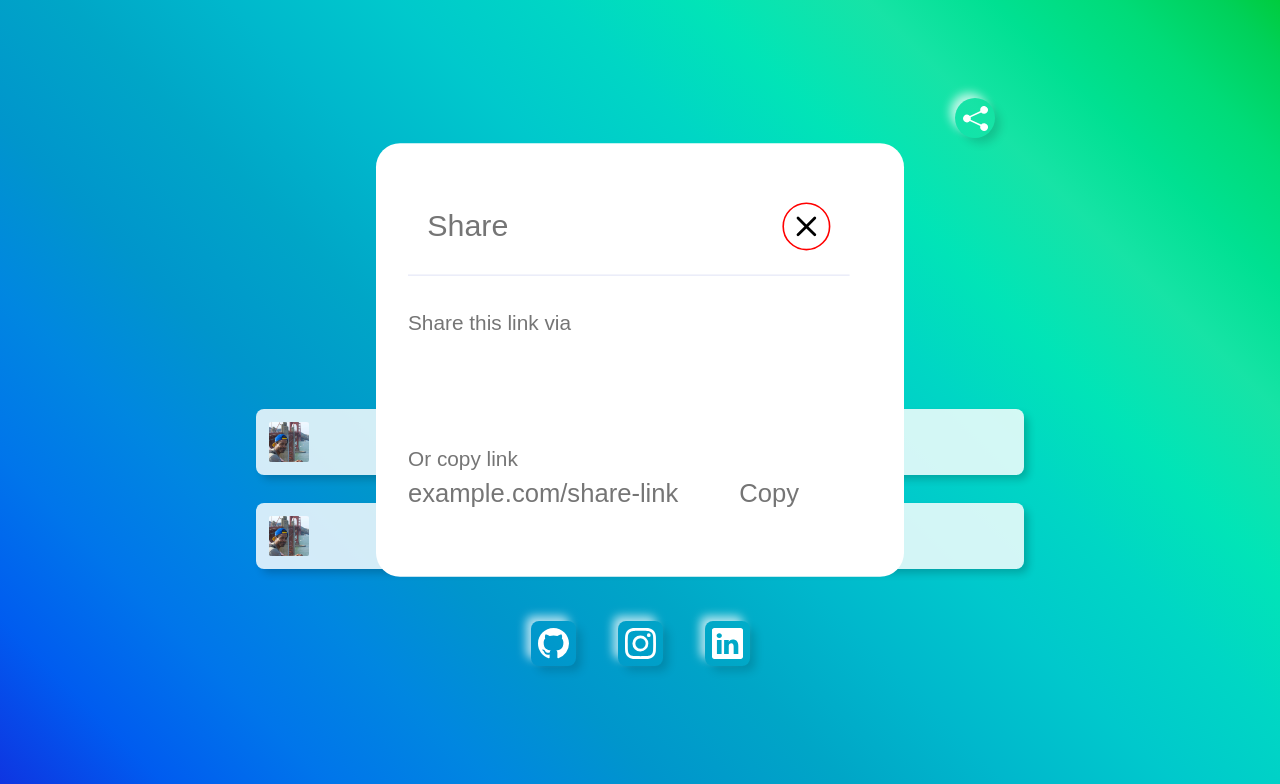
Repository: MateLaDBrouille97/linktree
Page: /
The author's editor kept a copy of each file at every save. The page is drawn from the files as they stood at one save, then again after the next save.
The browser window is 1280 px wide. The pictures show the whole page.
The project was rebuilt for these pictures with package versions that can differ from the ones it lists, and the page was loaded fresh each time. The framework's server and built-in components were replaced by stand-ins that run in the browser. Also part of the build but not shown: next.config.js, styles/Home.module.css, styles/scrollup.css.

Above is the page before, as saved 2023-01-23 23:56:22.

### app/layout.tsx
"use client";

import '@/styles/globals.css'
import '../styles/Home.module.css';
import '../styles/scrollup.css';
import '../styles/home.css';
import '../styles/socials.css';
import '../styles/share.css';
import ScrollDow from '../components/ScrollDow';
import ScrollUp from '../components/scrollup/ScrollUp'

export default function RootLayout({
    children,
  }: {
    children: React.ReactNode;
  }) {
    return (
      <html lang="en">
        <body>{children}</body>
        {/* <ScrollDow/> */}
        {/* <ScrollUp/> */}
      </html>
    );
  }

### app/page.tsx
"use client";

import Image from "next/image";
import data from "data.json";
import image from "../public/ManuelTL2.jpg";
import image1 from "../public/ManuelTL2.jpg";
import { useEffect, useState } from "react";
import Socials from "../components/Socials";
import Share from "@/components/Share";

function LinkCard({
  href,
  title,
  image,
}: {
  href: string;
  title: string;
  image?: string;
}) {
  return (
    <a
      href={href}
      className="flex items-center p-3 w-full rounded-lg hover:scale-105 transition-all bg-gray-100 mb-3 -mt-2 max-w-3xl home__linkcard-box"
    >
      <div className="flex text-center w-full home__linkcard-card">
        <div className="w-10 h-10 home__linkcard-img">
          {image1 && (
            <Image
              className="rounded-sm"
              alt={data.name}
              src={image1}
              width={40}
              height={40}
            />
          )}
        </div>
        <h2 className="flex justify-center items-center font-semibold w-full text-gray-700 -ml-10 home__linkcard-title">
          {title}
        </h2>
      </div>
    </a>
  );
}

export default function Home() {
  /*==================== Toggle Menu ====================== */
  const [toggle, showMenu] = useState(false);
  const [activeNav, setActiveNav] = useState("#home");

  /* +++++++++++++++++++++++++++++++++++++++++++++++++ */
  // const { dbUser, image } = useUserContext();

  // const breakpoints = (width) => {
  //   if (width < 640) {
  //     return "xs";
  //   } else if (width >= 640 && width < 768) {
  //     return "sm";
  //   } else if (width >= 768 && width < 1024) {
  //     return "md";
  //   } else if (width >= 1024) {
  //     return "lg";
  //   }
  // };

  // const [breakpoint, setBreakpoint] = useState(() =>
  //   breakpoints(typeof window !== "undefined" && window.innerWidth)
  // );

  useEffect(() => {
    if (toggle) {
      // const calcInnerWidth = function () {
      //   setBreakpoint(breakpoints(window.innerWidth));
      // };
      // window.addEventListener("resize", calcInnerWidth);
      window.addEventListener("scroll", function () {
        const header = this.document.querySelector(".header");
        //scroll higher than 200 viewport height
        //add scroll header class to a tag with the scroll-top
        if (this.scrollY >= 80) header?.classList.add("scroll-header");
        else header?.classList.remove("scroll-header");
      });
    }
  }, []);

  useEffect(() => {
    showMenu(true);
  }, []);

  return (
    <div className="flex items-center flex-col mx-auto w-full justify-center mt-16 px-8 ">
      <Share/>
      <a
        href="#home"
        onClick={() => setActiveNav("#home")}
        // className={
        //   activeNav === "#home" ? "nav__logo active-link" : "nav__logo"
        // }
      >
        <Image
          className="rounded-full"
          alt={data.name}
          src={image}
          width={96}
          height={96}
        />
      </a>

      <h1 className="font-semibold mt-4 mb-8 text-xl" style={{color:"white"}}>{data.name}</h1>
      <h3 className="home__description" style={{color:"white"}}>{data.small_description}</h3>

      <div className="grid place-items-center w-full mt-2">
        {data.links.map((link) => (
          <LinkCard key={link.href} {...link} />
        ))}
      </div>

      <div className="gap-3 items-center flex mt-10">
        {data?.socials?.map((social) => {
         return(

          <Socials title={social?.title} key={social?.href} />
          )
        })}
      </div>
    </div>
  );
}

### styles/globals.css
@tailwind base;
@tailwind components;
@tailwind utilities;

body{
  height:100vh;
  background-image: linear-gradient(
  45deg,
  hsl(229deg 88% 47%) 0%,
  hsl(217deg 100% 47%) 8%,
  hsl(210deg 100% 46%) 16%,
  hsl(204deg 100% 44%) 24%,
  hsl(196deg 100% 40%) 32%,
  hsl(190deg 100% 39%) 41%,
  hsl(186deg 100% 40%) 49%,
  hsl(181deg 100% 40%) 57%,
  hsl(175deg 100% 42%) 65%,
  hsl(168deg 99% 45%) 72%,
  hsl(162deg 82% 49%) 80%,
  hsl(159deg 100% 44%) 86%,
  hsl(153deg 100% 43%) 92%,
  hsl(146deg 100% 41%) 97%,
  hsl(138deg 100% 40%) 100%
);
}

@import  url('https://api.iconify.design/material-symbols/arrow-upward.svg');

/*=============== GOOGLE FONTS ===============*/
@import url("https://fonts.googleapis.com/css2?family=Poppins:wght@400;500;600&display=swap");

/*=================== NEXT.JS ================*/

html,
body {
  padding: 0;
  margin: 0;
  font-family: -apple-system, BlinkMacSystemFont, Segoe UI, Roboto, Oxygen,
    Ubuntu, Cantarell, Fira Sans, Droid Sans, Helvetica Neue, sans-serif;
}

h1 {
  font-size: 1.75rem;
}




/*=============== VARIABLES CSS ===============*/
:root {
  --header-height: 3rem;

  /*========== Colors ==========*/
  /*Color mode HSL(hue, saturation, lightness)*/
  --hue: 0;
  --sat: 0%;
  --title-color: hsl(var(--hue), var(--sat), 20%);
  --title-color-dark: hsl(var(--hue), var(--sat), 0%);
  --text-color: hsl(var(--hue), var(--sat), 46%);
  --body-color: hsl(var(--hue), var(--sat), 98%);
  --container-color: #fff;

  /*========== Font and typography ==========*/
  --body-font: "Poppins", sans-serif;

  /*.5rem = 8px | 1rem = 16px ...*/
  --big-font-size: 3.5rem;
  --h1-font-size: 2.75rem;
  --h2-font-size: 1.5rem;
  --h3-font-size: 1.25rem;
  --normal-font-size: 1rem;
  --small-font-size: 0.875rem;
  --smaller-font-size: 0.813rem;
  --tiny-font-size: 0.625rem;

  /*========== Font weight ==========*/
  --font-normal: 400;
  --font-medium: 500;
  --font-semi-bold: 600;

  /*========== Margenes Bottom ==========*/
  /*.5rem = 8px | 1rem = 16px ...*/
  --mb-0-25: 0.25rem;
  --mb-0-5: 0.5rem;
  --mb-0-75: 0.75rem;
  --mb-1: 1rem;
  --mb-1-5: 1.5rem;
  --mb-2: 2rem;
  --mb-2-5: 2.5rem;
  --mb-3: 3rem;

  /*========== z index ==========*/
  --z-tooltip: 10;
  --z-fixed: 100;
  --z-modal: 1000;
}

/* Responsive typography */
@media screen and (max-width: 992px) {
  :root {
    --big-font-size: 2.75rem;
    --h1-font-size: 1.5rem;
    --h2-font-size: 1.25rem;
    --h3-font-size: 1rem;
    --normal-font-size: 0.938rem;
    --small-font-size: 0.813rem;
    --smaller-font-size: 0.75rem;
  }
}

/*=============== BASE ===============*/
* {
  margin: 0;
  padding: 0;
  box-sizing: border-box;
}

html {
  scroll-behavior: smooth;
}

body,
button,
input,
textarea {
  font-family: var(--body-font);
  font-size: var(--normal-font-size);
}

body {
  background-color: var(--body-color);
  color: var(--text-color);
}

h1,
h2,
h3 {
  color: var(--title-color);
  font-weight: var(--font-semi-bold);
}

ul {
  list-style: none;
}

a {
  text-decoration: none;
}

button {
  cursor: pointer;
  border: none;
  outline: none;
}

img {
  max-width: 100%;
  height: auto;
}

/*=============== REUSABLE CSS CLASSES ===============*/
.section {
  padding: 6rem 0 2rem;
}

.section__title {
  font-size: var(--h1-font-size);
  color: var(--title-color);
}

.section__subtitle {
  display: block;
  font-size: var(--normal-font-size);
  margin-bottom: 4rem;
}

.section__title,
.section__subtitle {
  text-align: center;
}

/*=============== LAYOUT ===============*/
.container {
  max-width: 968px;
  margin-left: auto;
  margin-right: auto;
}

.grid {
  display: grid;
  gap: 1.5rem;
}

/*=============== BUTTONS ===============*/
.button {
  display: inline-block;
  background-color:rgb(100, 189, 140);
  color: var(--container-color);
  padding: 1.25rem 2rem;
  border-radius: 1rem;
  font-weight: var(--font-medium);
}

.button:hover {
  background-color: rgb(81, 209, 138);
  color: var(--container-color);
}

.button__icon {
  margin-left: var(--mb-0-5);
}

.button--flex {
  display: inline-flex;
  align-items: center;

}




/*=============== BREAKPOINTS ===============*/
/* For large devices */
@media screen and (max-width: 992px) {
  .container {
    margin-left: var(--mb-1-5);
    margin-right: var(--mb-1-5);
  }

  .button {
    padding: 1rem 1.75rem;
  }

  .button__icon {
    width: 22px;
    height: 22px;
  }
}

/* For medium devices */
@media screen and (max-width: 768px) {
  body {
    margin: 0 0 var(--header-height) 0;
  }

  .section {
    padding: 2rem 0 4rem;
  }

  .section__subtitle {
    margin-bottom: var(--mb-3);
  }
}

@media screen and (max-width: 576px) {

}

/* For small devices */
@media screen and (max-width: 350px) {
  :root {
    --big-font-size: 2.25rem;
  }

  .container {
    margin-left: var(--mb-1);
    margin-right: var(--mb-1);
  }
}

### styles/home.css
.home__container{
    row-gap: 7rem;
}

.home__content{
    grid-template-columns: 116px repeat(2, 1fr);
    padding-top: 5.5rem;
    column-gap: 2rem;
    align-items: center;
}

.home__social{
    display:grid;
    grid-template-columns: max-content;
    row-gap: 1rem;
}

.home__social-icon{
    font-size:1.25rem;
    color: var(--title-color);
}

.home__social-icon:hover{
    color:rgb(165, 30, 75);
}



.home__social-icon:hover{
    color: var(--title-color-dark);
}

.home__title{
    font-size:var(--h1-font-size);
    margin-bottom:var(--mb-0-25);
}

.home__hand{
    width: 38px;
    height: 38px;
    margin-left: 0.4rem;
}

.home__subtitle{
    position: relative;
    font-size:var(--h3-font-size);
    padding-left: 5.4rem;
    font-weight: var(--font-normal);
    margin-bottom: var(--mb-1);
}

.home__subtitle::before{
    content:'';
    position:absolute;
    width: 70px;
    height:1px;
    background-color:var(--text-color);
    left:0;
    top:1rem;
}

.home__description{
    max-width:400px;
    margin-bottom: var(--mb-3);
    line-height: 1.7;
}

.home__linkcard-box{
    background-color: rgba(255, 255, 255, 0.829);
    border-color: whitesmoke;
    border-width: 3px;
    transition: transform 0.5s;
    box-shadow: 5px 5px 9px -1px rgba(0,0,0,0.2);

    border: 1px solid rgba(0,0,0,0);
    transition: transform 0.5s;
}

.home__linkcard-box:hover{
    box-shadow: 10px 10px 0px -1px rgba(0,0,0,0.15),
                1px 1px 0.5px  rgba(0,0,0,0.15),
                0px -12px 10px -10px  rgba(0,0,0,0.05);
     border: 1px solid   rgba(0,0,0,0.1);
    /* transform:translateY(-2px)  ;    */
}

.home__linkcard-box::after{
    transition: transform 0.5s;
}

.home__linkcard-box:hover::after .home__linkcard-title {
    transition: transform 0.7s;
}

.home__linkcard-box:hover::after .home__linkcard-img {
    transition: transform 0.7s;
}

.home__linkcard-box:hover .home__linkcard-title{
    transform:scale(1.05);
    transition: transform 0.5s;
}

.home__linkcard-box:hover .home__linkcard-img{
    transform:scale(1.15);
    transition: transform 0.5s;
}




.home__img{
/* background: url(../../assets/Mur.jpg); */
background-repeat: no-repeat;
background-position: center;
background-size: cover;
box-shadow: inset 0 0 0 9px rgb(255 255 255/30%);
order: 1;
justify-self: center;
width:375px ;
height: 350px;
animation: profile__animate 8s ease-in-out infinite 1s;
}

@keyframes profile__animate {
    0%{
        border-radius: 60% 40% 30% 70%/60% 30% 70% 40%;
    }

    50%{
        border-radius: 30% 60% 70% 40%/50% 60% 30% 60%;
    }

    100%{
        border-radius: 60% 40% 30% 70%/60% 30% 70% 40%;
    }
}

.home__scroll{
    position:fixed;
    left: 2.5rem;
    bottom: 3rem;
    /* opacity:0.8; */
    padding:0.3rem 0.5rem;
    border-radius:0.4rem;
    z-index: var(--z-tooltip);
    transition: .4s;
}


.wheel {
    animation: scroll 2s ease infinite;
}

@keyframes scroll{
    0% {
        transform: translateY(0);
    }
    30% {
        transform: translateY(3.7rem);
    }

}


.home__scroll-name{
    color: rgba(255, 255, 255, 0.829);
    font-weight: var(--font-medium);
    margin-right: var(--mb-0-25);
    margin-left: 2px;
}

.home__scroll-arrow{
    font-size: 1.25rem;
    color: rgba(255, 255, 255, 0.829);
}


/*=============== BREAKPOINTS ===============*/
/* For large devices */
@media screen and (max-width: 992px) {
    .home__content{
        grid-template-columns: 100px repeat(2, 1fr);
        column-gap: 1.25rem;

    }

    .home__hand{
        width:26px;
        height:26px;
    }

    .home__subtitle{
        padding-left: 3.75rem;
        margin-bottom: var(--mb-1);

    }

    .home__subtitle::before {
        width:42px;
        top:0.8rem;
    }

    .home__description{
        max-width: initial;
        margin-bottom: var(--mb-2-5);
    }

    .home__img{
        width:250px;
        height:250px;
        box-shadow:inset 0 0 0 8px rgb(255 255 255/30%)
    }

    .home__scroll{
        margin-left: 7.5rem;
    }



  }

  /* For medium devices */
  @media screen and (max-width: 768px) {
    .home__content{
        grid-template-columns: 0.5fr 3fr;
        padding-top: 3.5rem;
    }

    .home__img{
        order:initial;/* ordre d'apparition de l'element*/
        justify-self: initial;
        box-shadow: inset 0 0 0 9px rgb(255 255 255/30%);
        width:200px;
        height: 200px;
    }

    .home__data{
        grid-column:1/3;
    }

    .home__scroll{
        display:none;
    }


  }



  /* For small devices */
  @media screen and (max-width: 350px) {


    .home__img{

        width:180px ;
        height: 180px;
    }

    .home__hand{
        width:22px;
        height:22px;
    }


  }

### styles/socials.css
/* .social__link{
    color: var(--container-color);
    font-size: 1.125rem;
    padding: 0.4rem;
    border-radius:1.5rem;
    display: inline-flex;
} */
/*
.social__link:hover{
    background-color:rgba(44, 203, 224, 0.986);
} */

.social__link{
    display:flex;
    /* background-color: var(--container-color); */
    color: var(--container-color);
    height: 45px;
    width: 45px;
    margin: 0 15px;
    border-radius: 8px;
    align-items: center;
    justify-content:center;
    text-decoration: none;
    box-shadow: 6px 6px 10px -1px rgba(0,0,0,0.15),
                -6px -6px 10px -1px rgba(255,255,255,0.7);
    border: 1px solid   rgba(0,0,0,0);
    transition: transform 0.5s;
}

a svg {
    font-size: 38px;
    color: white;
    transition: transform 0.5s;
}


.social__link:hover{
    background-color: rgba(255, 255, 255, 0.829);
    box-shadow: inset 4px 4px 6px -1px rgba(0,0,0,0.2),
                inset -4px -4px 6px -1px rgba(255,255,255,0.7),
                -0.5px -0.5px 0px  rgba(255,255,255,1),
                0.5px 0.5px 0px  rgba(0,0,0,0.15),
                0px -12px 10px -10px  rgba(0,0,0,0.05);
    border: 1px solid   rgba(0,0,0,0.1);
    transform:translateY(2px)  ;
}


a:hover svg{
    transform: scale(1.10);
    fill: black;
    transition: transform 0.5s;
}

a:hover .bi-linkedin{
    fill:rgb(18, 83, 203) ;
    transform:scale(1.10);
    transition: transform 0.5s;
}

a:hover .bi-instagram{
    fill:#e64771;
    transform:scale(1.10);
    transition: transform 0.5s;
}


/*=============== BREAKPOINTS ===============*/
/* For large devices */
@media screen and (max-width: 992px) {


    .social__link:hover{

        box-shadow: inset 4px 4px 6px -1px rgba(0,0,0,0.2),
                    inset -4px -4px 6px -1px rgba(255,255,255,0.7),
                    -0.5px -0.5px 0px  rgba(255,255,255,1),
                    0.5px 0.5px 0px  rgba(0,0,0,0.15),
                    0px -12px 10px -10px  rgba(0,0,0,0.05);
        border: 1px solid   rgba(0,0,0,0.1);
        transform:translateY(2px)  ;
    }




  }

  /* For medium devices */
  @media screen and (max-width: 768px) {




  }



  /* For small devices */
  @media screen and (max-width: 350px) {





  }

### styles/share.css
/*          Share   Items  */

.share-link {
  display: flex;
  color: var(--container-color);
  height: 45px;
  width: 45px;
  margin: 0 15px;
  border-radius: 22px;
  align-items: center;
  justify-content: center;
  text-decoration: none;
  box-shadow: 6px 6px 10px -1px rgba(0, 0, 0, 0.15),
    -6px -6px 10px -1px rgba(255, 255, 255, 0.7);
  border: 1px solid rgba(0, 0, 0, 0);
  transition: transform 0.5s;
}

.share-link:hover {
  background-color: rgba(255, 255, 255, 0.829);
  box-shadow: inset 4px 4px 6px -1px rgba(0, 0, 0, 0.2),
    inset -4px -4px 6px -1px rgba(255, 255, 255, 0.7),
    -0.5px -0.5px 0px rgba(255, 255, 255, 1),
    0.5px 0.5px 0px rgba(0, 0, 0, 0.15),
    0px -12px 10px -10px rgba(0, 0, 0, 0.05);
  border: 1px solid rgba(0, 0, 0, 0.1);
  transform: translateY(2px);
}

/* .share-link .bi-share-fill{
    fill: white;
} */

.share-link:hover .bi-share-fill {
  fill: black;
  transform: scale(1.1);
  transition: transform 0.5s;
}

header {
  width: 95%;
  max-width: 788px;
  display: flex;
  justify-content: flex-end;
  padding: 12px;
  margin-top: 5px;
}

.share-button {
  width: 40px;
  height: 40px;
  border-radius: 20px;
  color: var(--container-color);
}

.share {
  width: 95%;
  max-width: 788px;
  display: flex;
  justify-content: flex-end;
  padding: 12px;
  margin-top: 5px;
  z-index: 10;
}

.modal-share {
  position: absolute;
  top: 50%;
  left: 50%;
  transform: translate(-50%, -50%) scale(1.6);
  background: var(--container-color);
  padding: 20px;
  border-radius: 15px;
  max-width: 330px;
  width: 60%;
}

.modal-share :is(header, .icons) {
  display: flex;
  align-items: center;
  justify-content: space-between;
}

.modal-share header {
  padding-bottom: 15px;
  border-bottom: 1px solid #ebedf9;
}

header .close .icons a {
  display: flex;
  align-items: center;
  justify-content: center;
  border-radius: 50%;
}

header .close {
  height: 33px;
  width: 33px;
  background: var(--container-color);
  cursor: pointer;
}

.modal-title {
  font-size: 19px;
  font-weight: 500;
}

.modal-share .content {
  margin: 20px 0;
}

.content p {
  font-size: 13px;
}

.content .icons {
  margin: 15px 0 20px 0;
}

.bi-x {
  height: 30px;
  width: 30px;
  border-radius: 15px;
  color:#878787;
  border: 1px solid red;
  text-decoration: none;
  display: flex;
  justify-content: flex-end;
  align-items: flex-end;
}

.icons a {
  height: 30px;
  width: 30px;
  border: 1px solid transparent;
  text-decoration: none;
  display: flex;
  justify-content: center;
  align-items: center;
}

### components/Socials.tsx
function GitHubIcon() {
  return (
    <a href="https://github.com/LuckyMate97" className="social__link">
      <svg xmlns="http://www.w3.org/2000/svg" width="31" height="31" fill="white" className="bi bi-github" viewBox="0 0 16 16"> <path d="M8 0C3.58 0 0 3.58 0 8c0 3.54 2.29 6.53 5.47 7.59.4.07.55-.17.55-.38 0-.19-.01-.82-.01-1.49-2.01.37-2.53-.49-2.69-.94-.09-.23-.48-.94-.82-1.13-.28-.15-.68-.52-.01-.53.63-.01 1.08.58 1.23.82.72 1.21 1.87.87 2.33.66.07-.52.28-.87.51-1.07-1.78-.2-3.64-.89-3.64-3.95 0-.87.31-1.59.82-2.15-.08-.2-.36-1.02.08-2.12 0 0 .67-.21 2.2.82.64-.18 1.32-.27 2-.27.68 0 1.36.09 2 .27 1.53-1.04 2.2-.82 2.2-.82.44 1.1.16 1.92.08 2.12.51.56.82 1.27.82 2.15 0 3.07-1.87 3.75-3.65 3.95.29.25.54.73.54 1.48 0 1.07-.01 1.93-.01 2.2 0 .21.15.46.55.38A8.012 8.012 0 0 0 16 8c0-4.42-3.58-8-8-8z"/> </svg>
    </a>
  );
}

function InstagramIcon() {
  return (
    <a href="https://www.instagram.com/oto.mata33/" className="social__link">
      <svg xmlns="http://www.w3.org/2000/svg" width="31" height="31" fill="white" className="bi bi-instagram" viewBox="0 0 16 16"> <path d="M8 0C5.829 0 5.556.01 4.703.048 3.85.088 3.269.222 2.76.42a3.917 3.917 0 0 0-1.417.923A3.927 3.927 0 0 0 .42 2.76C.222 3.268.087 3.85.048 4.7.01 5.555 0 5.827 0 8.001c0 2.172.01 2.444.048 3.297.04.852.174 1.433.372 1.942.205.526.478.972.923 1.417.444.445.89.719 1.416.923.51.198 1.09.333 1.942.372C5.555 15.99 5.827 16 8 16s2.444-.01 3.298-.048c.851-.04 1.434-.174 1.943-.372a3.916 3.916 0 0 0 1.416-.923c.445-.445.718-.891.923-1.417.197-.509.332-1.09.372-1.942C15.99 10.445 16 10.173 16 8s-.01-2.445-.048-3.299c-.04-.851-.175-1.433-.372-1.941a3.926 3.926 0 0 0-.923-1.417A3.911 3.911 0 0 0 13.24.42c-.51-.198-1.092-.333-1.943-.372C10.443.01 10.172 0 7.998 0h.003zm-.717 1.442h.718c2.136 0 2.389.007 3.232.046.78.035 1.204.166 1.486.275.373.145.64.319.92.599.28.28.453.546.598.92.11.281.24.705.275 1.485.039.843.047 1.096.047 3.231s-.008 2.389-.047 3.232c-.035.78-.166 1.203-.275 1.485a2.47 2.47 0 0 1-.599.919c-.28.28-.546.453-.92.598-.28.11-.704.24-1.485.276-.843.038-1.096.047-3.232.047s-2.39-.009-3.233-.047c-.78-.036-1.203-.166-1.485-.276a2.478 2.478 0 0 1-.92-.598 2.48 2.48 0 0 1-.6-.92c-.109-.281-.24-.705-.275-1.485-.038-.843-.046-1.096-.046-3.233 0-2.136.008-2.388.046-3.231.036-.78.166-1.204.276-1.486.145-.373.319-.64.599-.92.28-.28.546-.453.92-.598.282-.11.705-.24 1.485-.276.738-.034 1.024-.044 2.515-.045v.002zm4.988 1.328a.96.96 0 1 0 0 1.92.96.96 0 0 0 0-1.92zm-4.27 1.122a4.109 4.109 0 1 0 0 8.217 4.109 4.109 0 0 0 0-8.217zm0 1.441a2.667 2.667 0 1 1 0 5.334 2.667 2.667 0 0 1 0-5.334z"/> </svg>
    </a>
  );
}

function LinkedInIcon() {
  return (
    <a href="https://ca.linkedin.com/" className="social__link">
      <svg xmlns="http://www.w3.org/2000/svg" width="31" height="31" fill="white" className="bi bi-linkedin" viewBox="0 0 16 16"> <path d="M0 1.146C0 .513.526 0 1.175 0h13.65C15.474 0 16 .513 16 1.146v13.708c0 .633-.526 1.146-1.175 1.146H1.175C.526 16 0 15.487 0 14.854V1.146zm4.943 12.248V6.169H2.542v7.225h2.401zm-1.2-8.212c.837 0 1.358-.554 1.358-1.248-.015-.709-.52-1.248-1.342-1.248-.822 0-1.359.54-1.359 1.248 0 .694.521 1.248 1.327 1.248h.016zm4.908 8.212V9.359c0-.216.016-.432.08-.586.173-.431.568-.878 1.232-.878.869 0 1.216.662 1.216 1.634v3.865h2.401V9.25c0-2.22-1.184-3.252-2.764-3.252-1.274 0-1.845.7-2.165 1.193v.025h-.016a5.54 5.54 0 0 1 .016-.025V6.169h-2.4c.03.678 0 7.225 0 7.225h2.4z"/> </svg>
    </a>
  );
}

function Socials({ title }:{title?:string;}) {
  if (title == "Instagram") {
    return <InstagramIcon  />;
  }
  if (title == "Github") {
    return <GitHubIcon  />;
  }
  if (title == "LinkedIn") {
    return <LinkedInIcon  />;
  }
}

export default Socials;

Loaded but not shown: data.json (35 lines, source omitted); tailwind.config.js (13 lines, source omitted); components/Share.tsx (116 lines, source omitted)

After the next save:
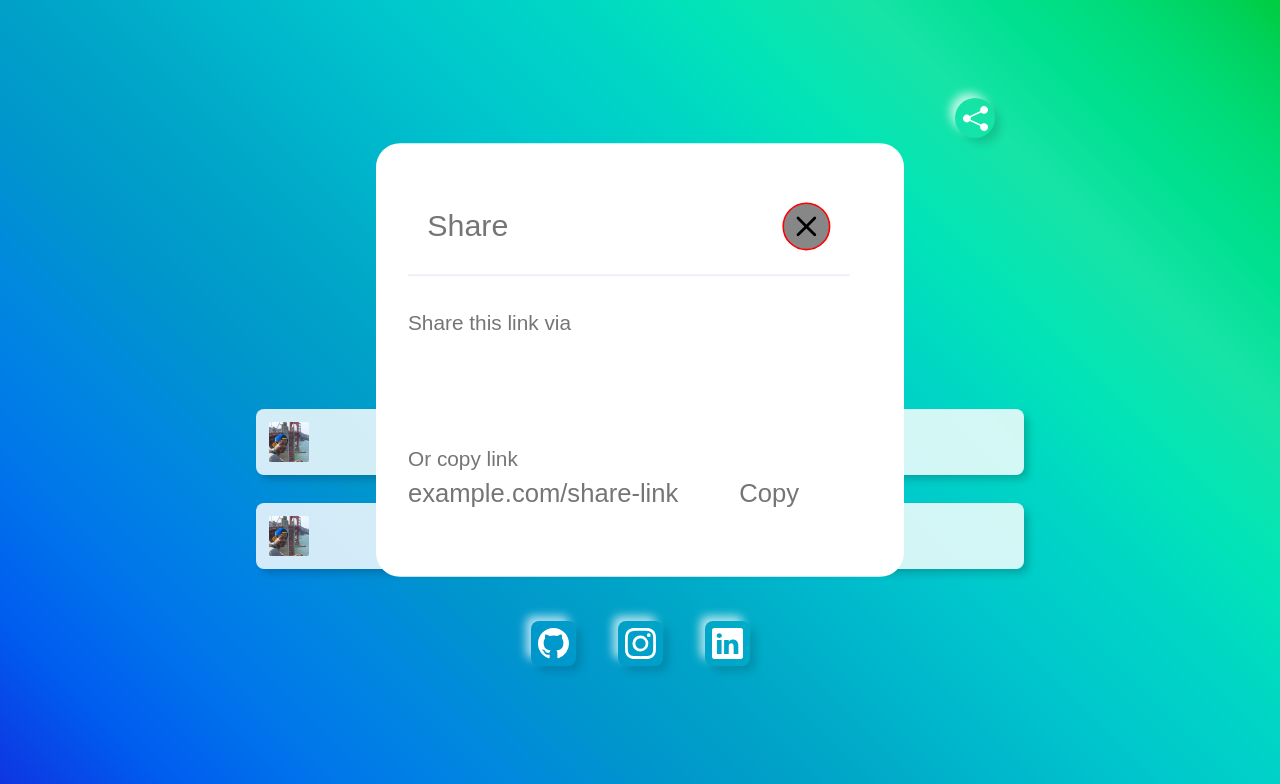
Saved 22 s later.
--- a/styles/share.css
+++ b/styles/share.css
@@ -121,7 +121,7 @@ header .close {
   height: 30px;
   width: 30px;
   border-radius: 15px;
-  color:#878787;
+  background-color:#878787;
   border: 1px solid red;
   text-decoration: none;
   display: flex;
